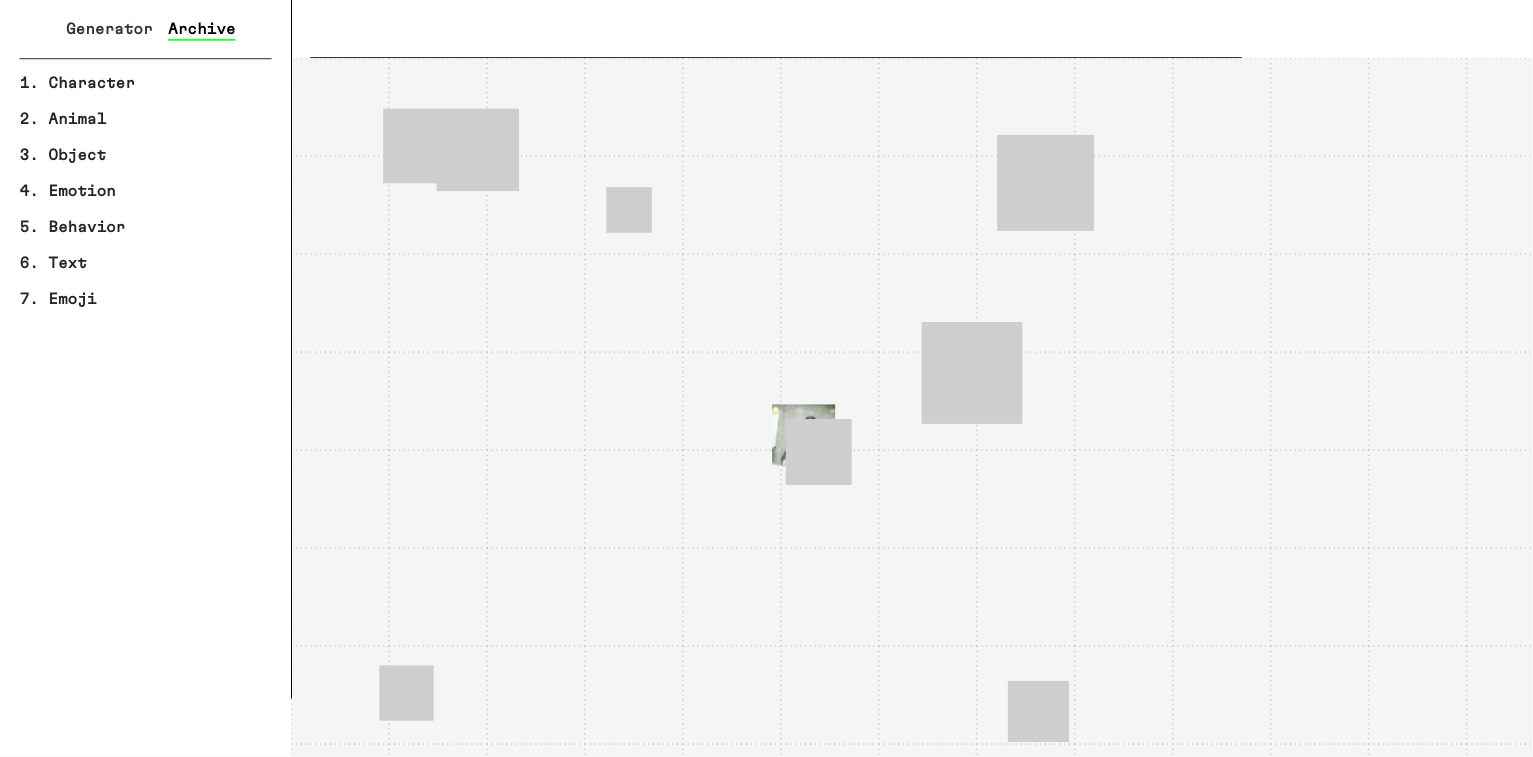
Repository: CastleBelll/project2
Page: /archive (app in job_app/)
These files come from the project's save history. The page is drawn as it stood at one moment and after the next save; the edit follows.
The browser window is 1280 px wide. The page is 1580 px wide, so the pictures cover 1580 px, including what lies to the right of the window. The pictures show the whole page, at 97% of full size.
The project was rebuilt for these pictures with package versions that can differ from the ones it lists, and the page was loaded fresh each time. Also part of the build but not shown: job_app/src/Archive/ArchiveInfo.css, job_app/src/Archive/ArchiveInfo.js, job_app/src/Generator/Generator.js.

Above is the page before, as saved 2024-12-15 12:58:36.

After the next save:
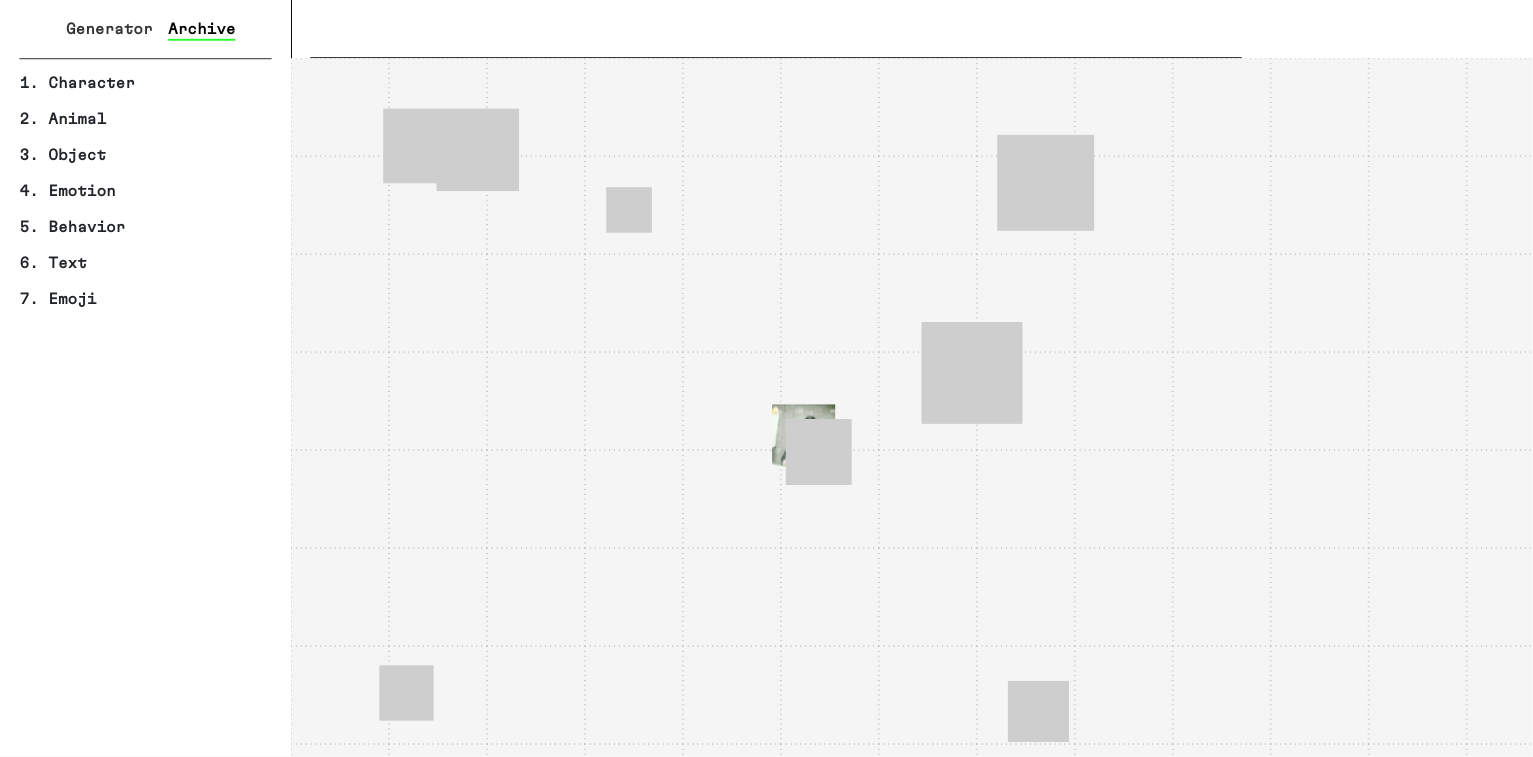
Saved 31 s later.
--- a/job_app/src/Archive/ArchiveLeft.css
+++ b/job_app/src/Archive/ArchiveLeft.css
@@ -16,7 +16,6 @@
   bottom: 0;
   left: 300px;
   border-right: solid 1px black;
-  z-index: 2000;
 }
 
 .sidebar-top {

After the save that followed:
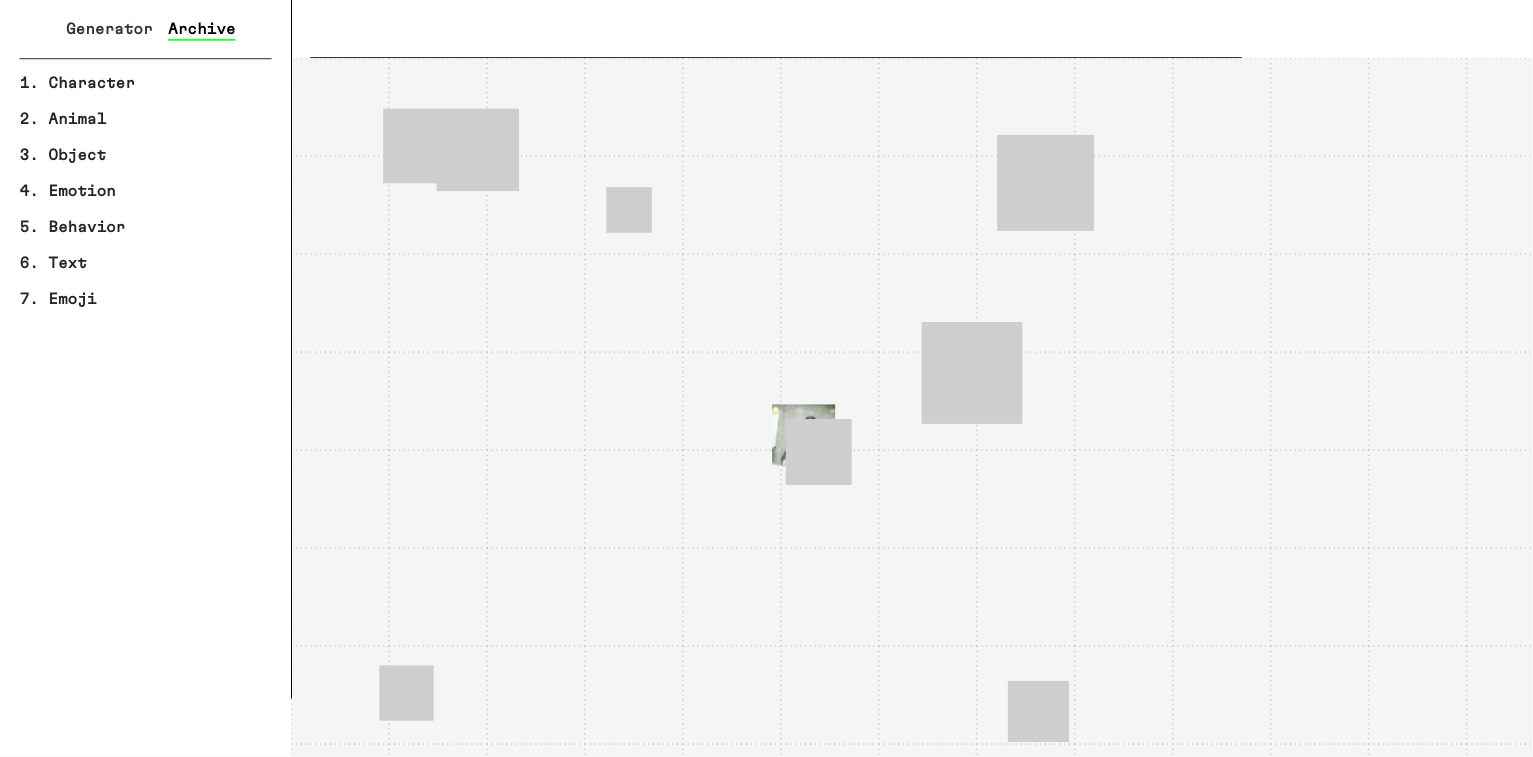
Saved 20 s later.
--- a/job_app/src/Archive/ArchiveLeft.css
+++ b/job_app/src/Archive/ArchiveLeft.css
@@ -16,6 +16,8 @@
   bottom: 0;
   left: 300px;
   border-right: solid 1px black;
+  z-index: 1000;  /* 상위 모든 컴포넌트들 위에 표시 */
+
 }
 
 .sidebar-top {
